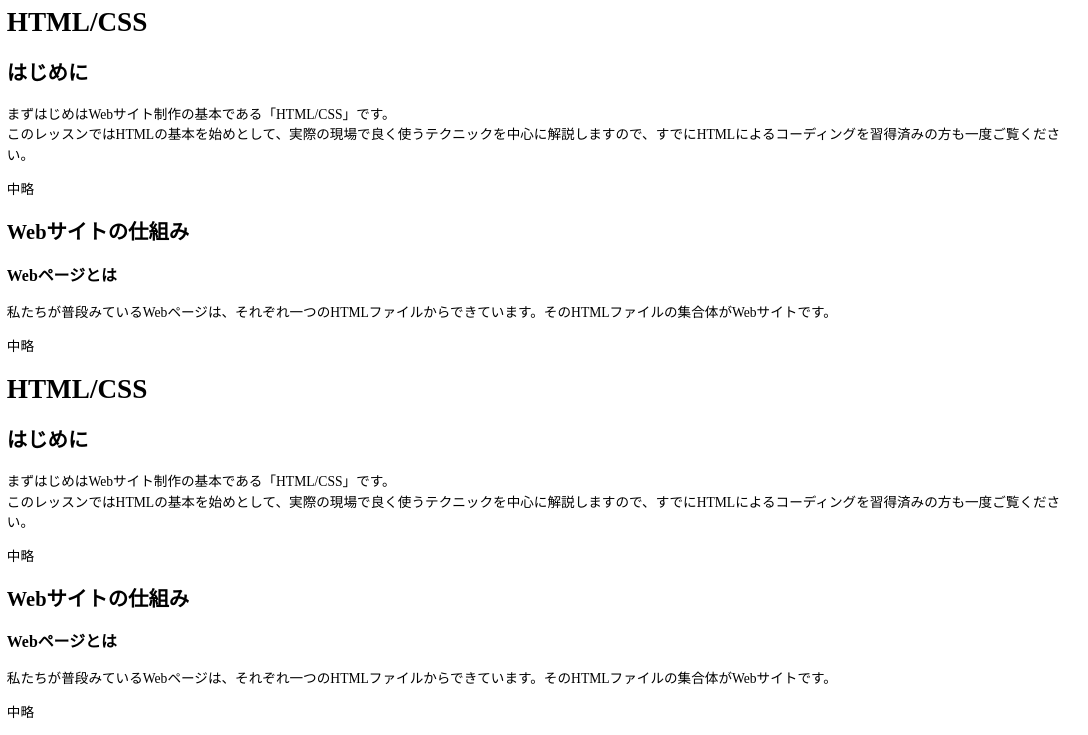
Repository: Shaw622/TechAcademy_FirstPrograming
Page: HTML_Body/03.html
The author's editor kept a record of every edit. The page is drawn from the files as they stood at one moment, then again after the next edit.
The browser window is 1280 px wide. The pictures show the whole page, at 85% of full size.

Above is the page before.

After the next edit:
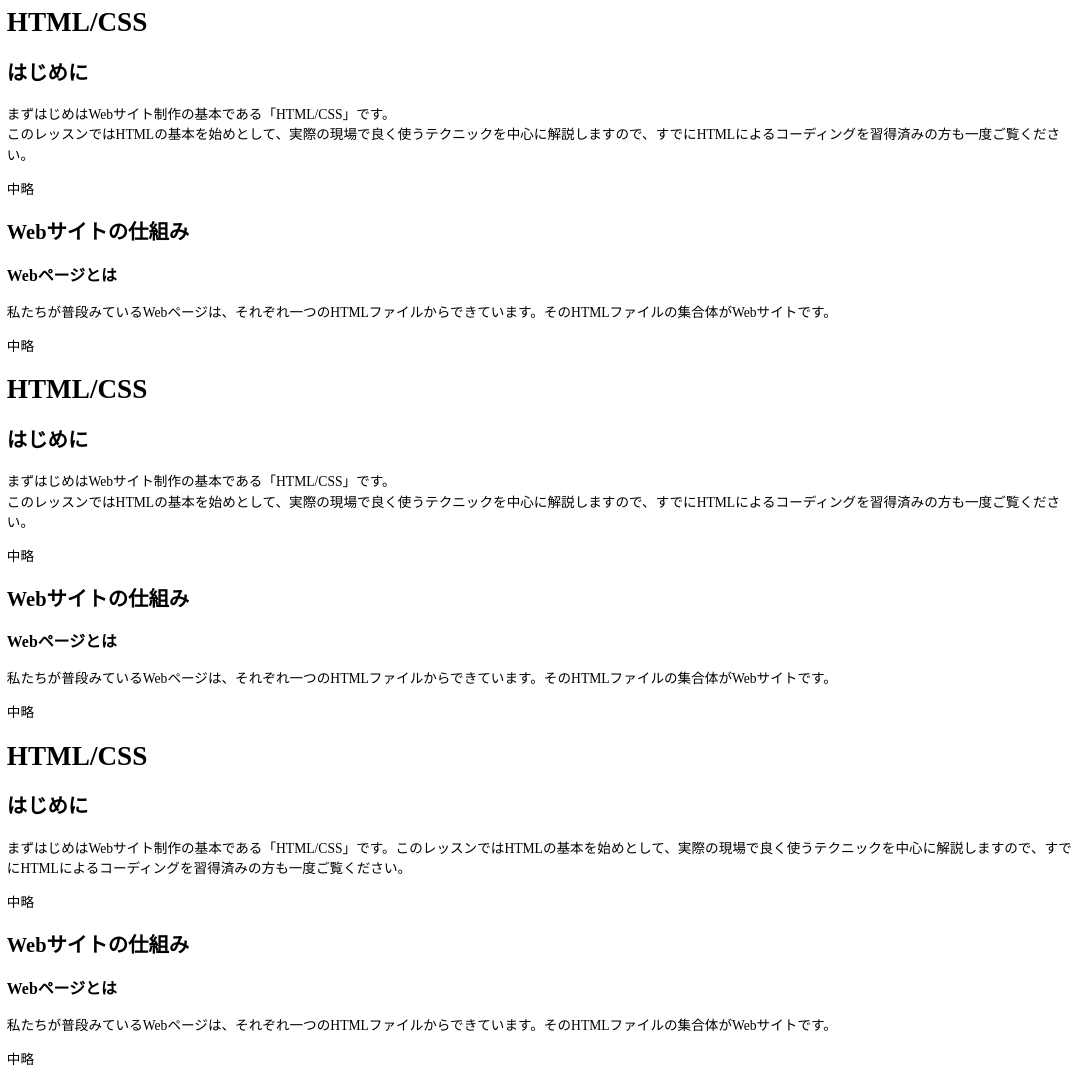
The edit:
--- a/HTML_Body/03.html
+++ b/HTML_Body/03.html
@@ -35,4 +35,27 @@
     </section>
 </body>
 
+
+<body>
+    <h1>HTML/CSS</h1><!-- divで分ける場合 -->
+
+    <section>
+        <h2>はじめに</h2>
+        <p>まずはじめはWebサイト制作の基本である「HTML/CSS」です。このレッスンではHTMLの基本を始めとして、実際の現場で良く使うテクニックを中心に解説しますので、すでにHTMLによるコーディングを習得済みの方も一度ご覧ください。</p>
+        <p>中略</p>
+    </section>
+
+    <section>
+        <h2>Webサイトの仕組み</h2>
+
+        <div>
+            <h3>Webページとは</h3>
+            <p>私たちが普段みているWebページは、それぞれ一つのHTMLファイルからできています。そのHTMLファイルの集合体がWebサイトです。</p>
+            <p>中略</p>
+        </div>
+    </section>
+
+    <!-- 中略 -->
+</body>
+
 </html>
